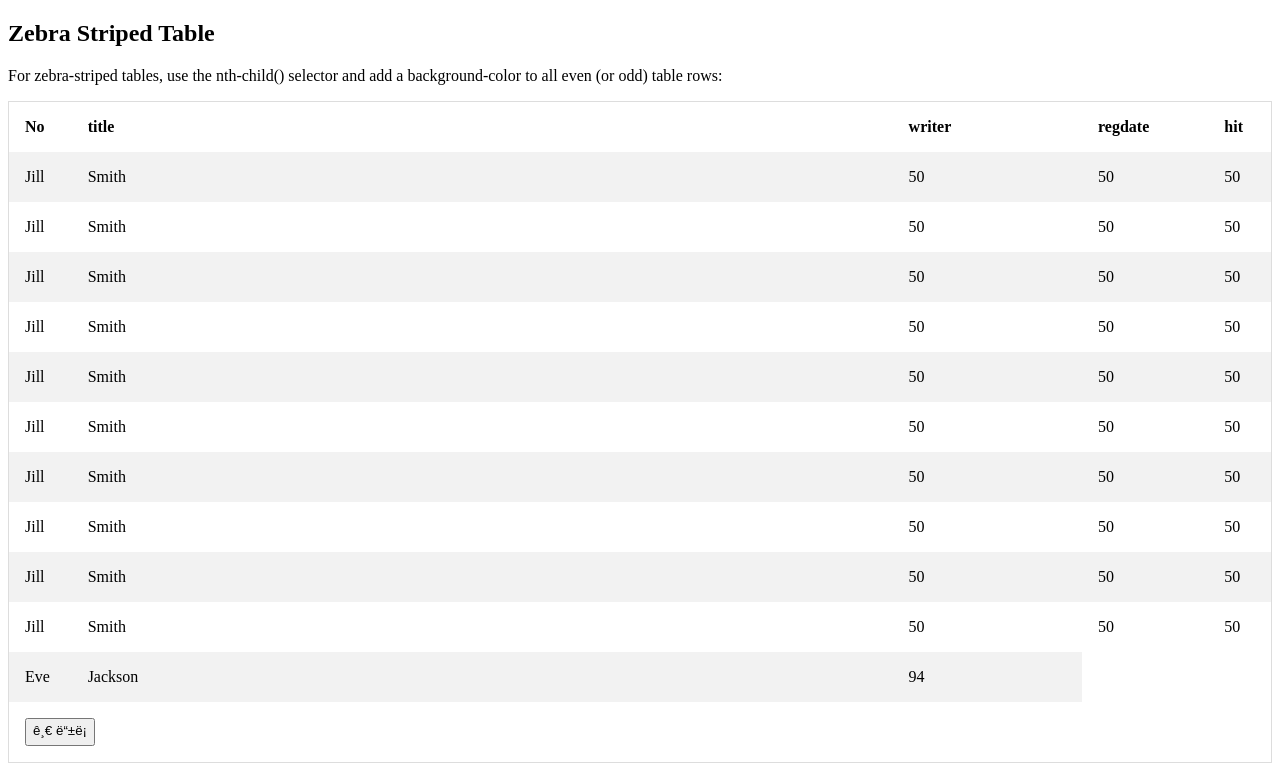
Repository: hyeong-jun-98/SL_front
Page: http://localhost/web0810_1/notice/list.jsp
An editor plug-in stored every save of this project. The page is shown before and after the next save, followed by the edit.
The browser window is 1280 px wide. The pictures show the whole page.
The page is served by Tomcat 9.

Above is the page before, as saved 2022-08-10 06:07:06.

After the next save:
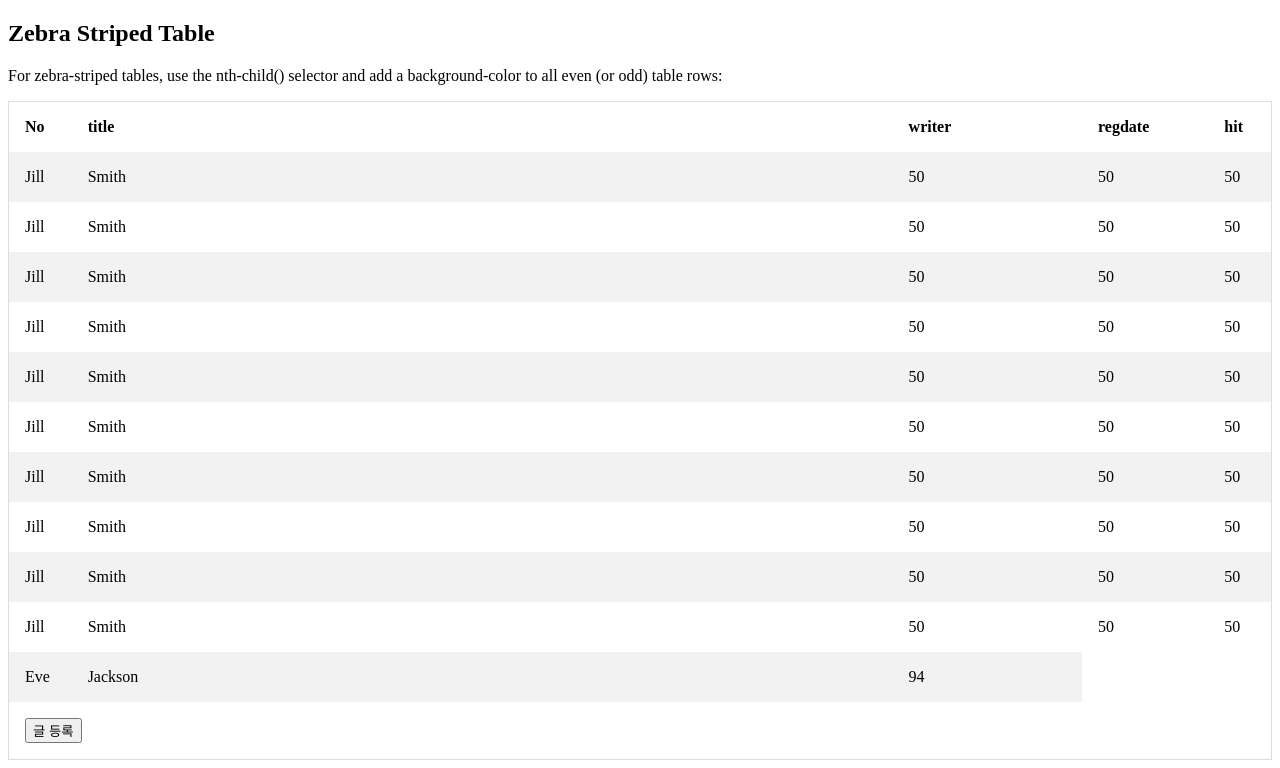
Saved 62 s later.
--- a/web0810_1/src/main/webapp/notice/list.jsp
+++ b/web0810_1/src/main/webapp/notice/list.jsp
@@ -1,3 +1,4 @@
+<%@page contentType="text/html; charset=utf-8" %>
 <!DOCTYPE html>
 <html>
 <head>
